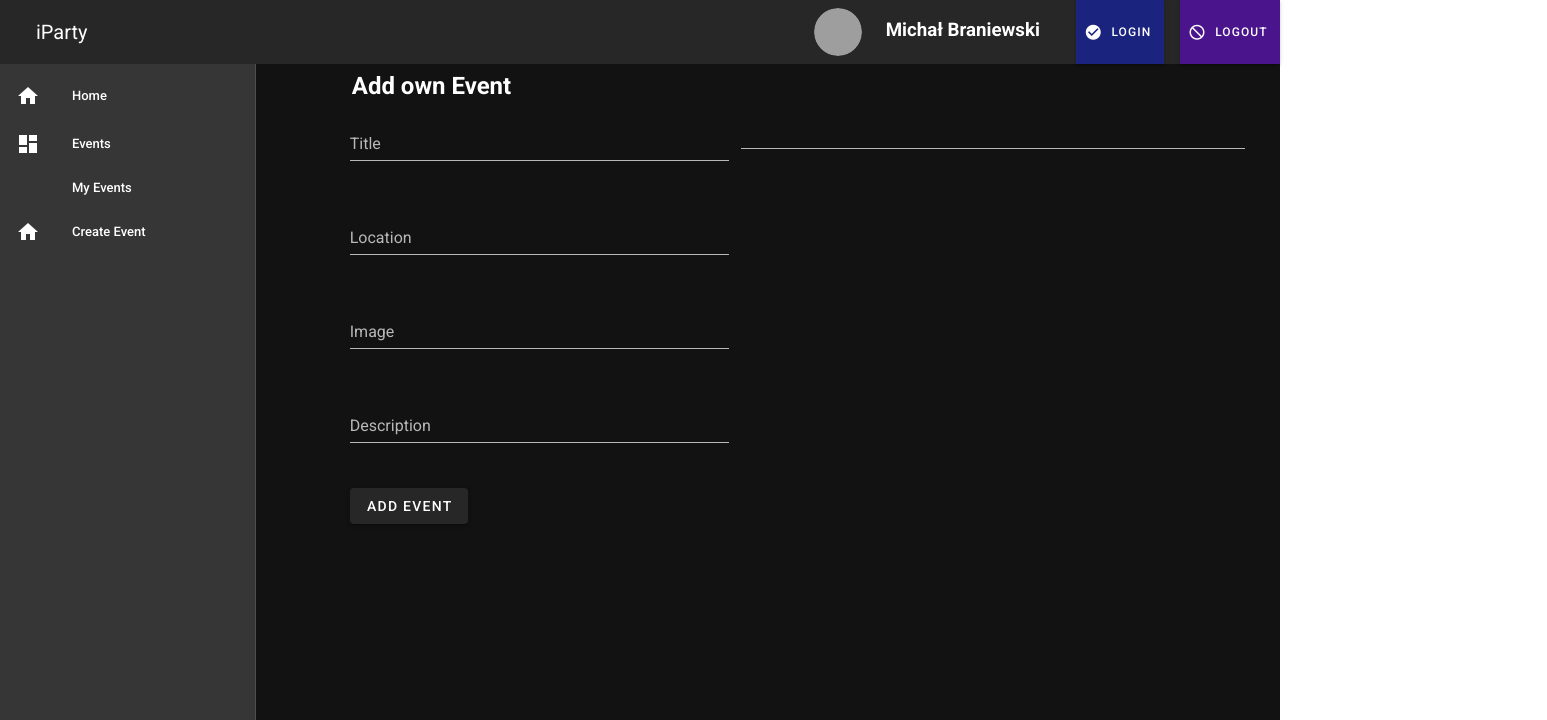
Repository: hexanek/partyapp
Page: /#/addevent
The author's editor kept a copy of each file at every save. The page is drawn from the files as they stood at one save, then again after the next save.
The browser window is 1280 px wide. The page is 1547 px wide, so the pictures cover 1547 px, including what lies to the right of the window. The pictures show the whole page.
Pictures or frames that could not be fetched are drawn as grey boxes. The project was rebuilt for these pictures with package versions that can differ from the ones it lists, and the page was loaded fresh each time. Also part of the build but not shown: vue.config.js, src/components/Popup.vue, src/components/Gmap.vue, src/components/Home.vue.

Above is the page before, as saved 2020-01-26 15:21:40.

After the next save:
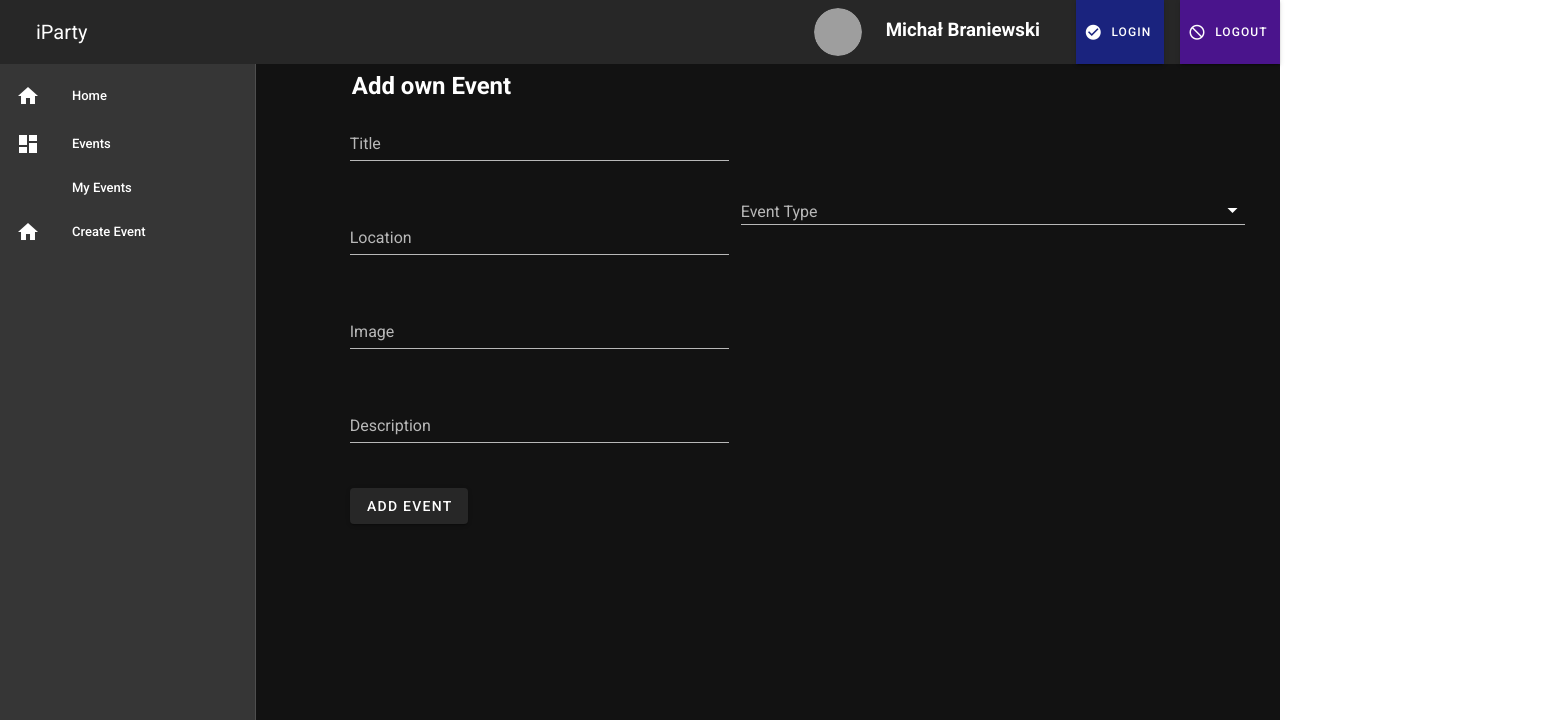
Saved 20 min 55 s later.
--- a/src/components/Event/EventForm.vue
+++ b/src/components/Event/EventForm.vue
@@ -19,7 +19,6 @@
                                 v-model="this.title"
                                 required></v-text-field>
                             </v-flex>
-                            <v-text-field></v-text-field>
                         </v-layout>
                          <v-layout row>
                             <v-flex xs-12 offset-sm3 sm-6 col-4>
@@ -30,6 +29,12 @@
                                 v-model="this.location"
                                 required></v-text-field>
                             </v-flex>
+                            <v-select
+                                 :items="this.types"
+                                  label="Event Type"
+                                  name="Event-Type"
+                                   dense
+                                 ></v-select>
                         </v-layout>
                          <v-layout row>
                             <v-flex xs-12 offset-sm3 sm-3 col-4>
@@ -74,6 +79,8 @@ export default {
         location: '',
         description: '',
         imageUrl: '',
+        types: ['Wydarzenie', 'Klub', 'Lokal', 'Plener', 'Koncert'],
+
     }
   }
 };
